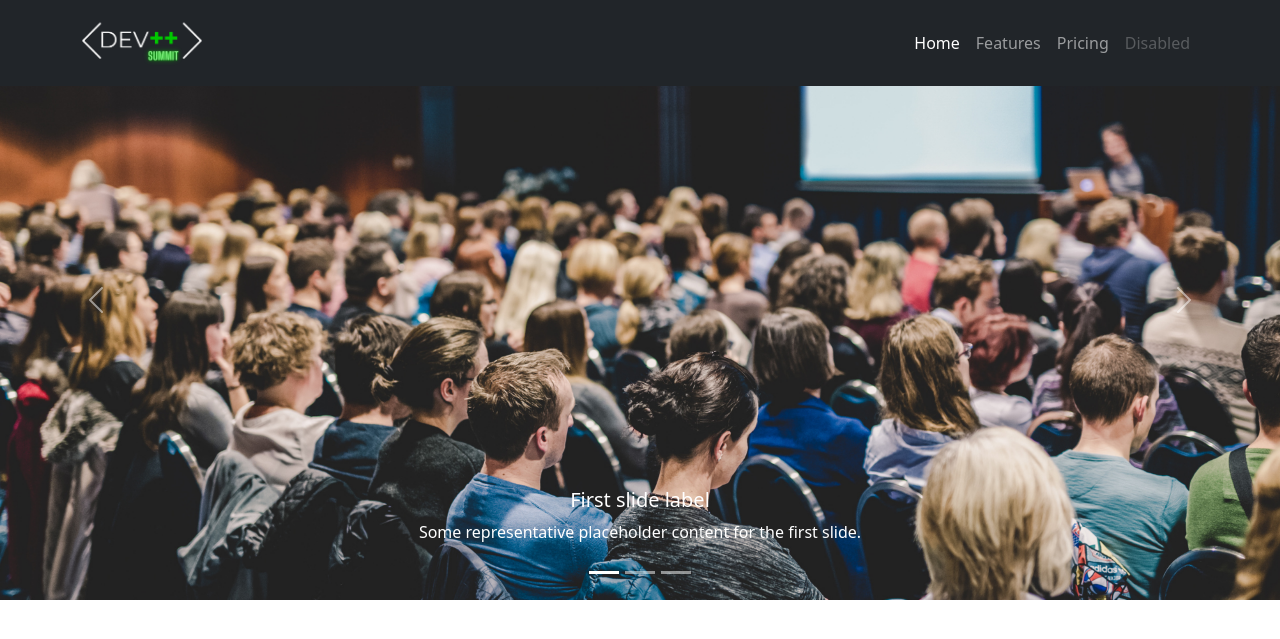
Repository: GScholl/ProjetoWeb_
Page: index.html
These files come from the project's save history. The page is drawn as it stood at one moment and after the next save; the edit follows.
The browser window is 1280 px wide. The pictures show the whole page.

Above is the page before, as saved 2023-08-23 09:10:51.

After the next save:
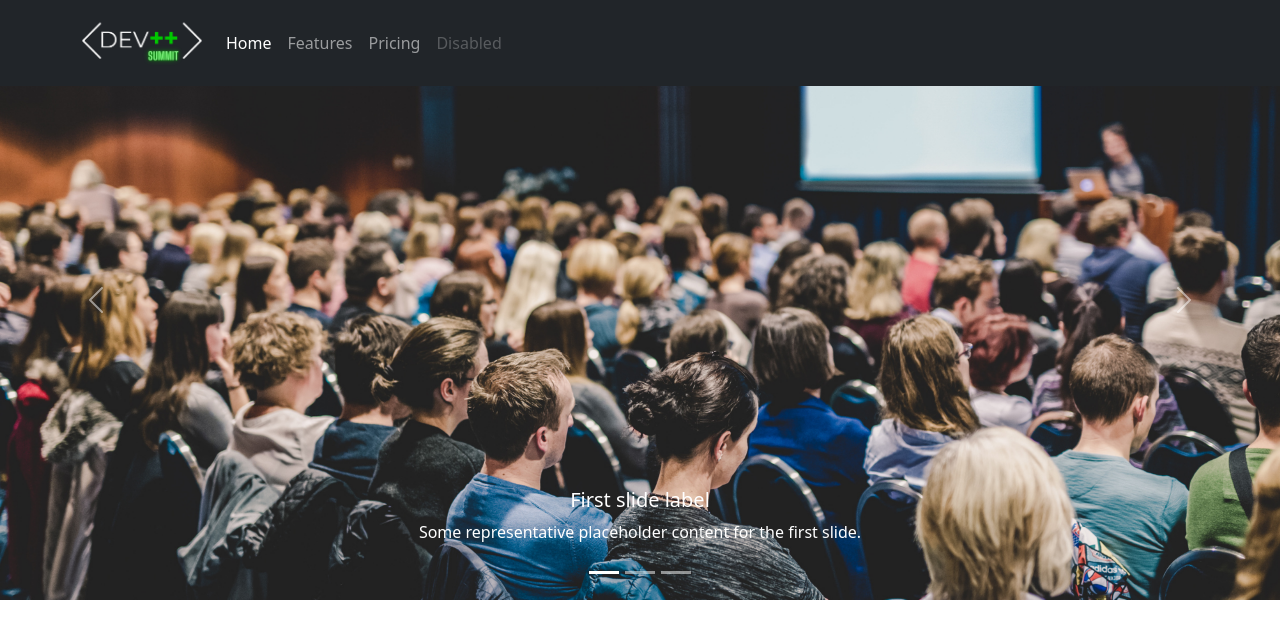
Saved 12 s later.
--- a/index.html
+++ b/index.html
@@ -20,7 +20,7 @@
           <span class="navbar-toggler-icon"></span>
         </button>
 
-      <div class="collapse navbar-collapse  d-flex align-items-center justify-content-end " id="navbarNav">
+      <div class="collapse navbar-collapse   " id="navbarNav">
         <ul class="navbar-nav">
           <li class="nav-item">
             <a class="nav-link active" aria-current="page" href="#">Home</a>
